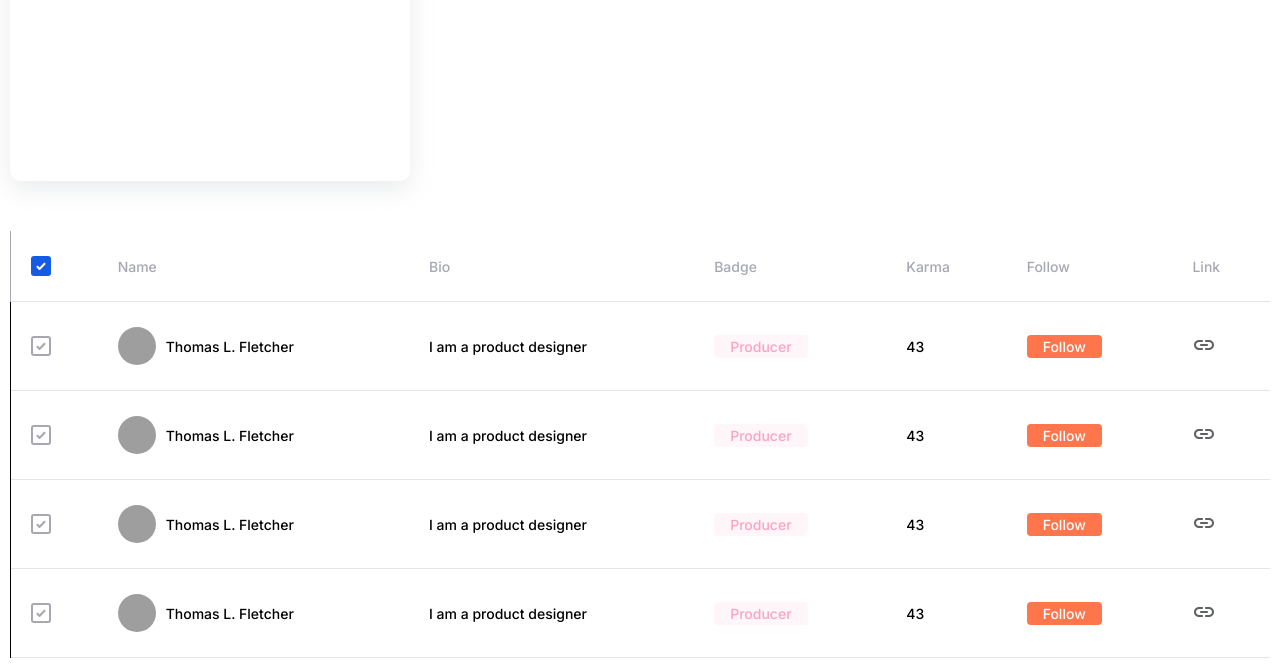
Repository: anhphapap/CSS
Page: test.html
These files come from the project's save history. The page is drawn as it stood at one moment and after the next save; the edit follows.
The browser window is 1280 px wide. The pictures show the part of the page from y = 642 to 1310 px (the page is 1310 px tall).
Pictures or frames that could not be fetched are drawn as grey boxes. A picture or video elsewhere on the page could not be fetched, so the positions and the page height are approximate.

Above is the page before, as saved 2023-04-09 19:43:40.

After the next save:
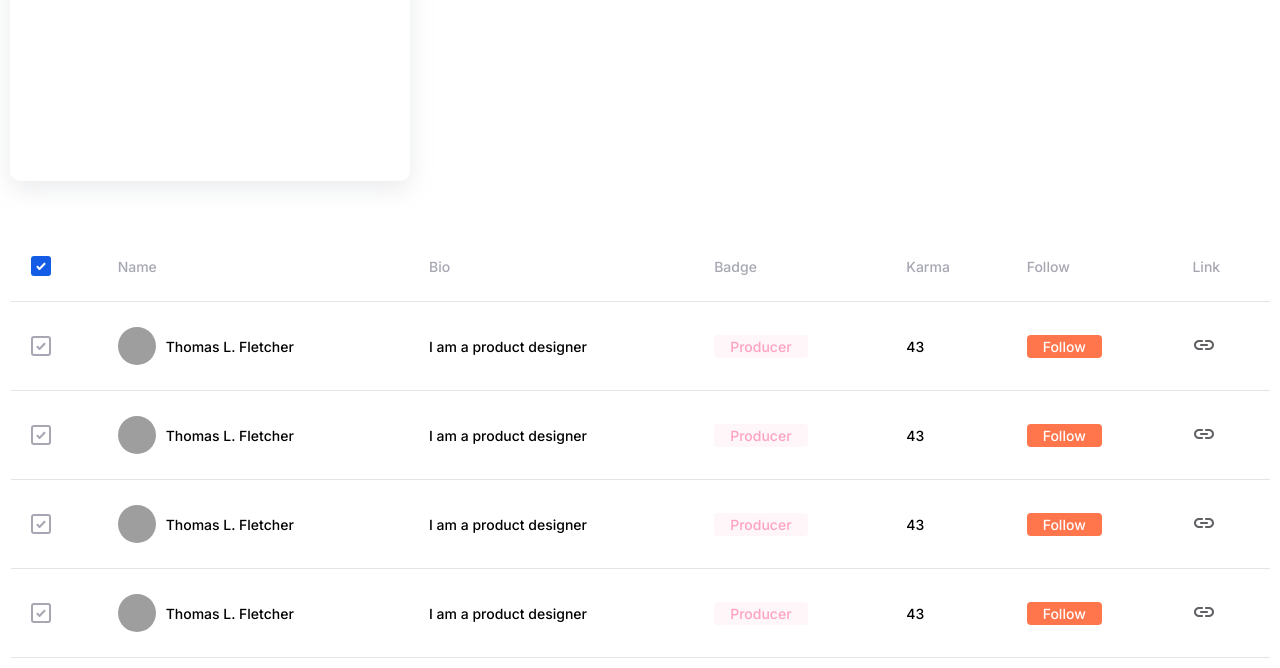
Saved 4 s later.
--- a/CSS/test.css
+++ b/CSS/test.css
@@ -287,7 +287,7 @@
     top: 0;
     left: 0;
     background-color: white;
-    border-left: 1px solid;
+    border-left: 1px solid white;
 }
 
 th{
